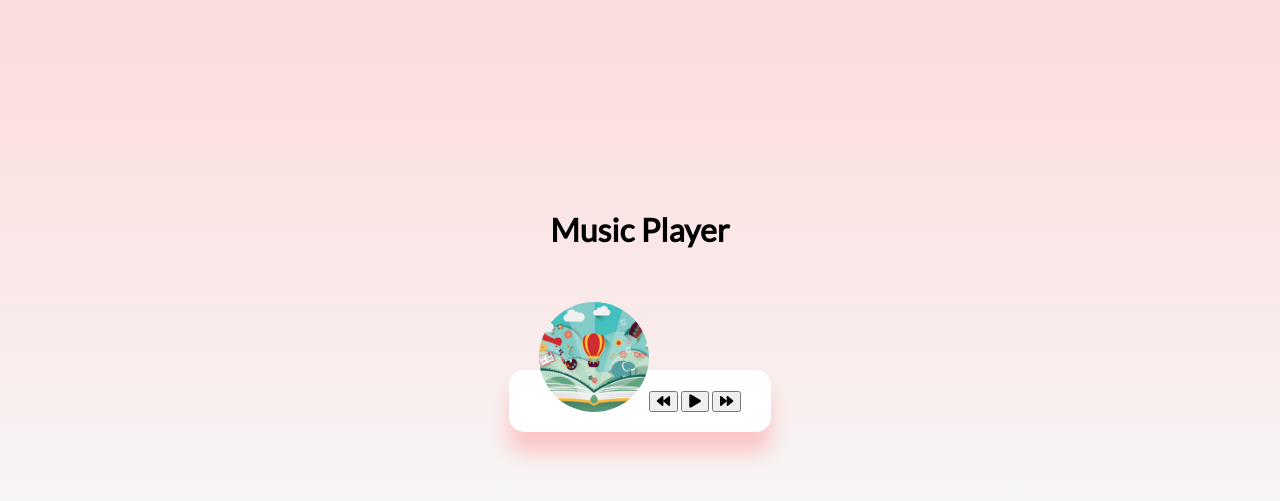
Repository: Youvelop/musicPlayer
Page: index.html
These files come from the project's save history. The page is drawn as it stood at one moment and after the next save; the edit follows.
The browser window is 1280 px wide. The pictures show the whole page.
Some web libraries are served in a nearby version.

Above is the page before, as saved 2020-07-08 08:06:58.

After the next save:
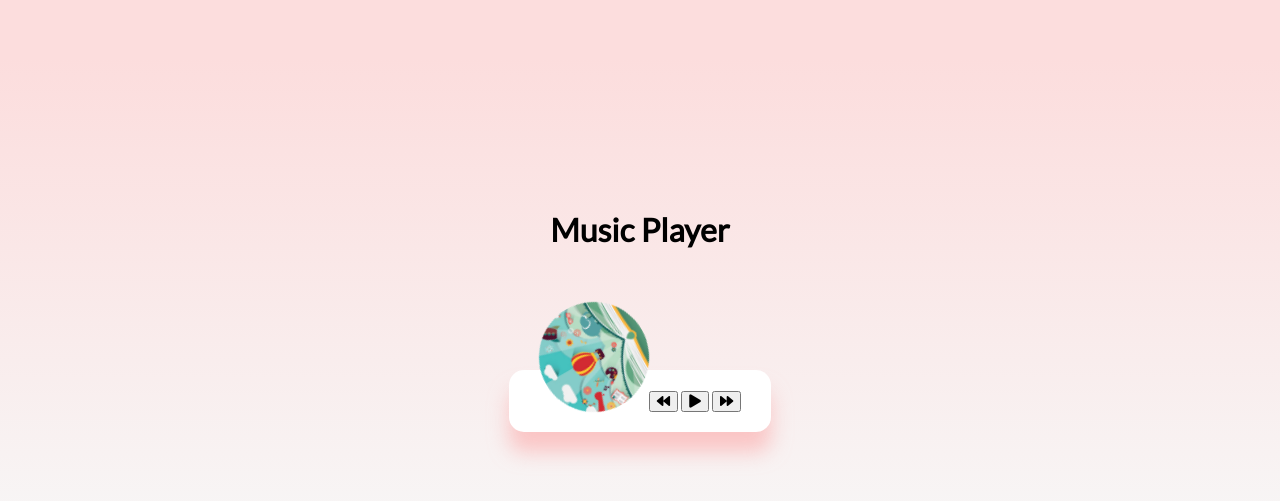
Saved 39 s later.
--- a/index.html
+++ b/index.html
@@ -12,7 +12,7 @@
   </head>
   <body>
     <h1>Music Player</h1>
-    <div class="music-container" id="music-container">
+    <div class="music-container play" id="music-container">
       <div class="music-info">
         <h4 id="title"></h4>
         <div class="progress-container" id="progress-container">

After the save that followed:
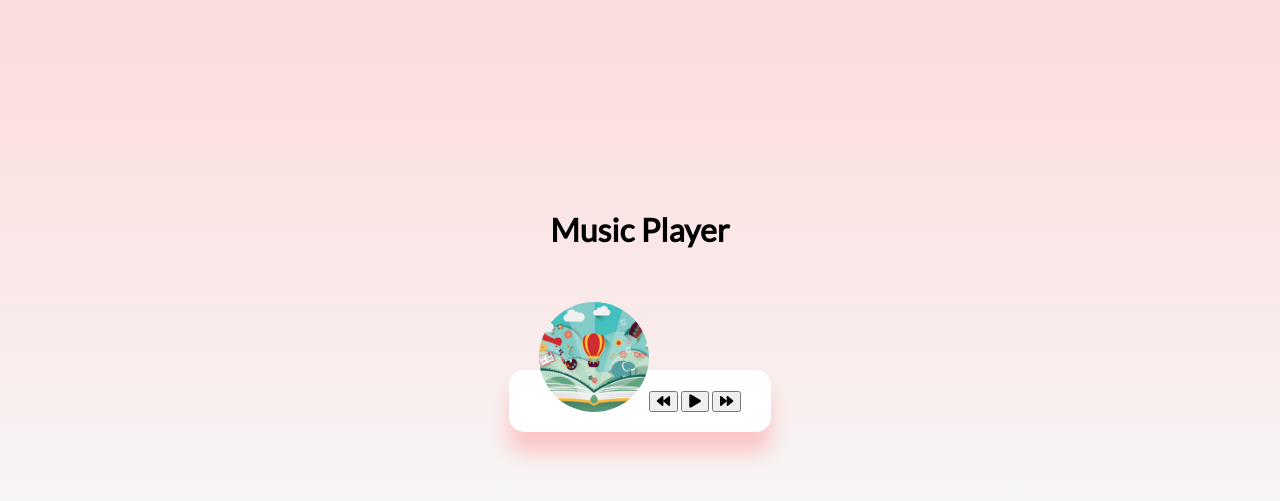
Saved 15 s later.
--- a/index.html
+++ b/index.html
@@ -12,7 +12,7 @@
   </head>
   <body>
     <h1>Music Player</h1>
-    <div class="music-container play" id="music-container">
+    <div class="music-container" id="music-container">
       <div class="music-info">
         <h4 id="title"></h4>
         <div class="progress-container" id="progress-container">
